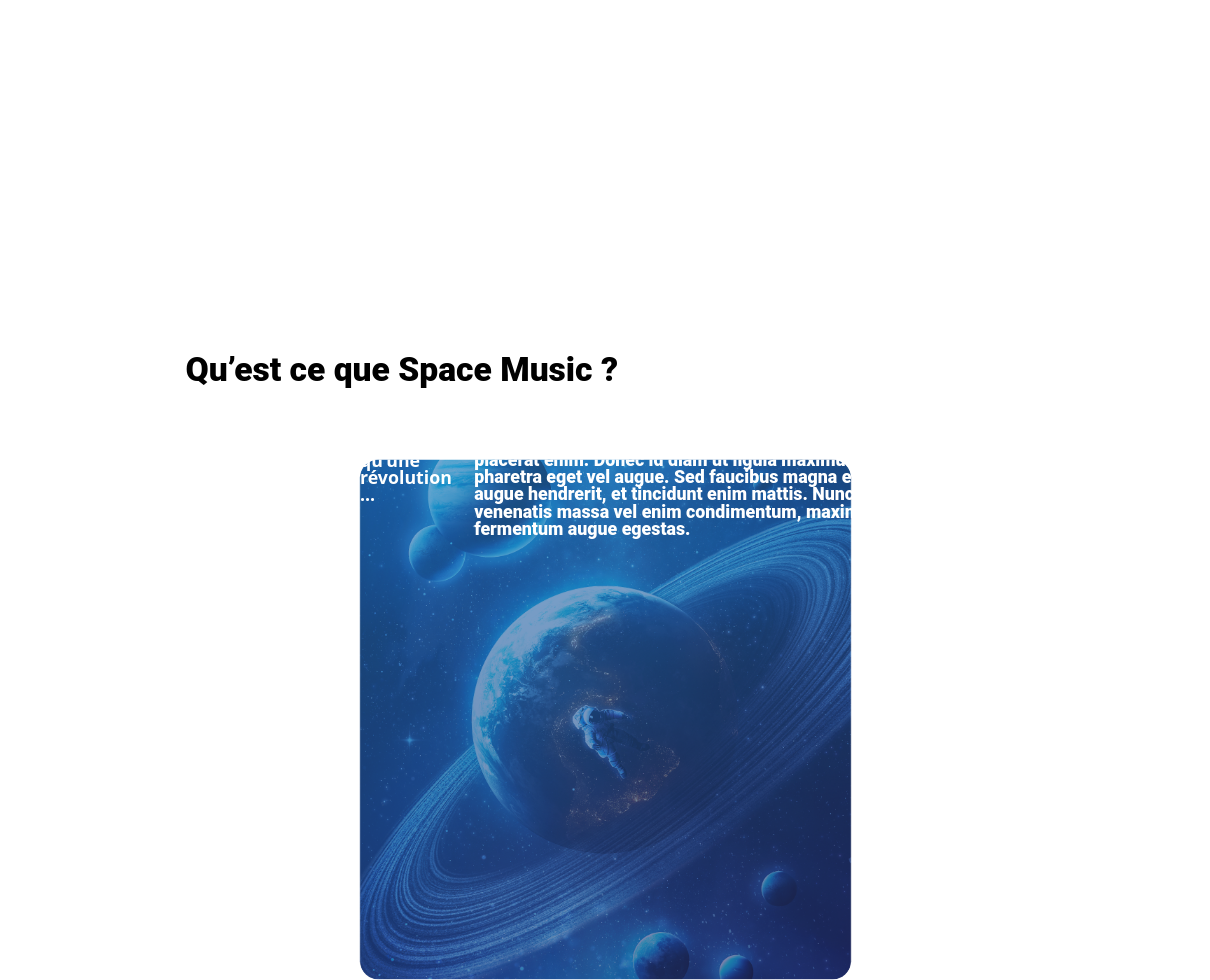
Repository: karalyh/landing-experts
Page: /
An editor plug-in stored every save of this project. The page is shown before and after the next save, followed by the edit.
The browser window is 1280 px wide. The page is 1729 px wide, so the pictures cover 1729 px, including what lies to the right of the window. The pictures show the part of the page from y = 1628 to 3028 px (the page is 3028 px tall), at 70% of full size.
The project was rebuilt for these pictures with package versions that can differ from the ones it lists, and the page was loaded fresh each time. The framework's server and built-in components were replaced by stand-ins that run in the browser. Also part of the build but not shown: next.config.js, public/css/circles-animations.css, public/css/devices-view.css.

Above is the page before, as saved 2022-09-23 11:08:07.

After the next save:
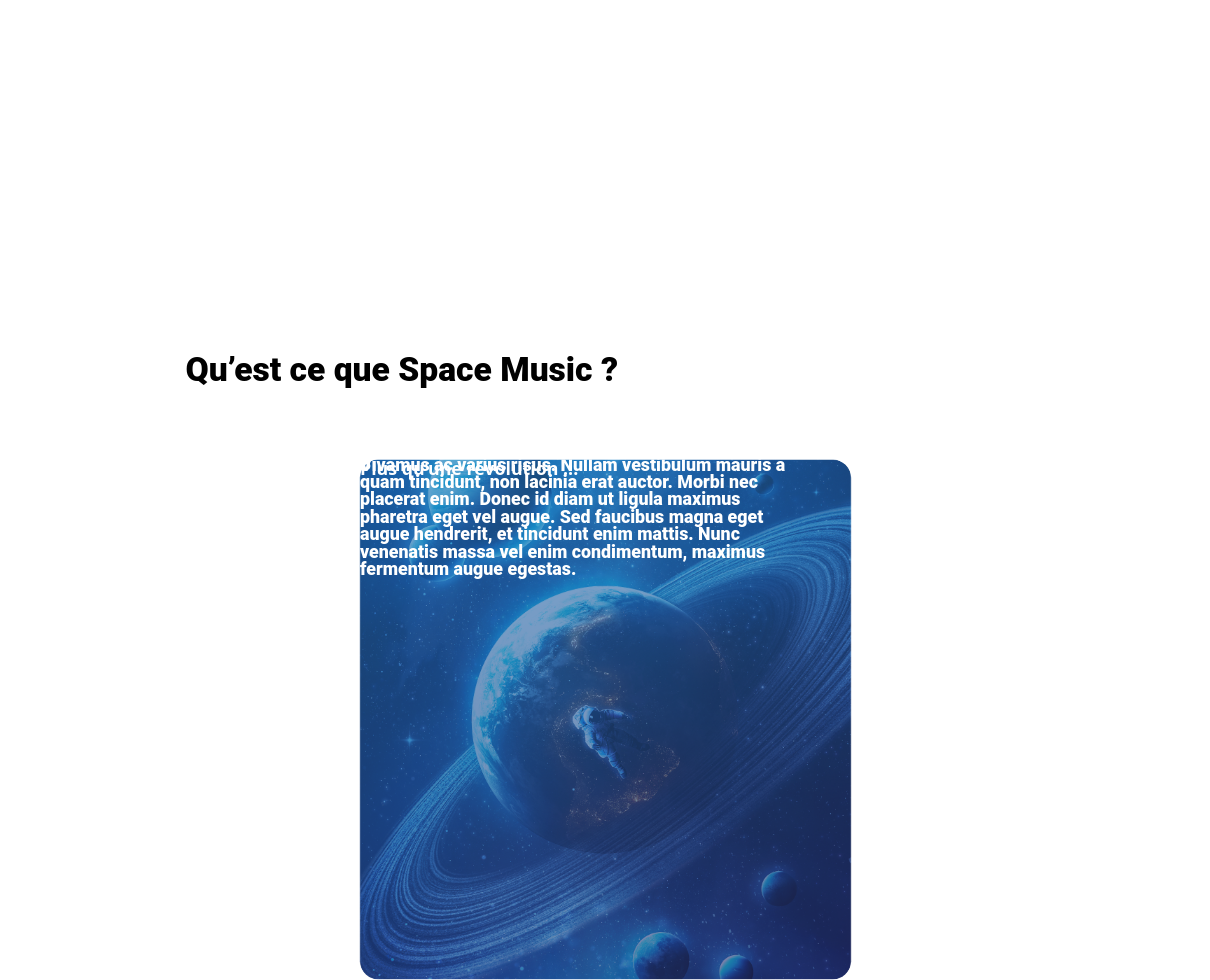
Saved 19 s later.
--- a/components/Section2.tsx
+++ b/components/Section2.tsx
@@ -18,7 +18,7 @@ export default function Section2() {
                     {/* block du milieu */}
                     <div className="absolute w-[701.5px] h-[742.7px] left-[513.25px] top-0 bg-[url('/images/Rectangle-2.png')] rounded-[26.1767px]">
                         {/** on met le texte dans un bloc */}
-                        <div className="w-[614.9px] h-[306.42px] top-[386.6px] left-[545.3px] gap-[31.76px] flex ">
+                        <div className="w-[614.9px] h-[306.42px] top-[386.6px] left-[545.3px] gap-[31.76px] flex flex-col">
                             <h1 className="w-[614.9px] h-[25px] font-serif-[roboto] font-black text-[25.4118px] leading-[98.69%] items-center flex text-white">Plus qu’une révolution ...</h1>
                         <p className="
                         w-[614.9px] h-[25px] font-[roboto] font-black text-[25.4118px]
